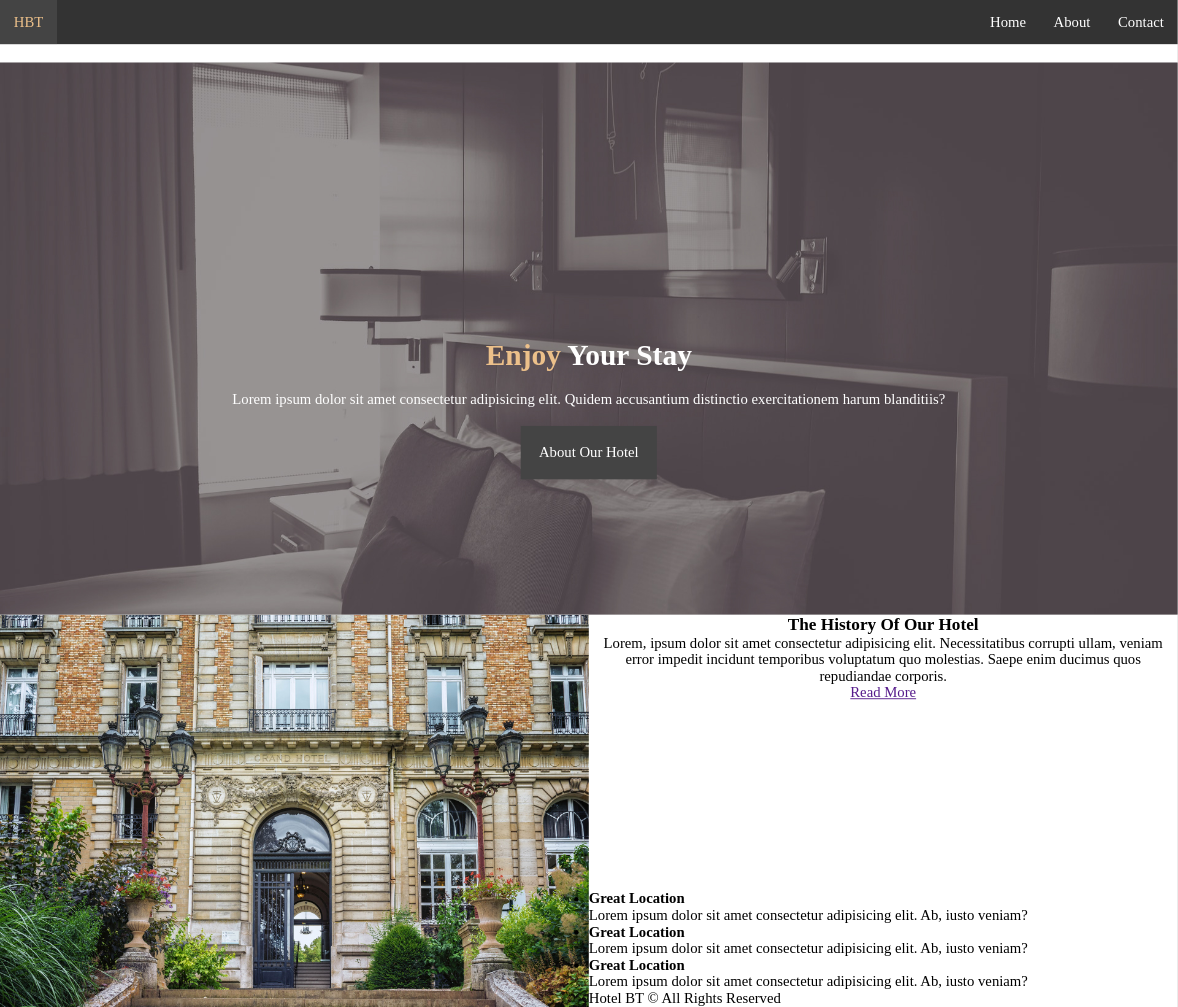
Repository: reemoon-ctrl/hotel-website
Page: 35 - hotel-website/index.html
These files come from the project's save history. The page is drawn as it stood at one moment and after the next save; the edit follows.
The browser window is 1280 px wide. The pictures show the whole page, at 92% of full size.

Above is the page before, as saved 2024-07-21 12:24:11.

After the next save:
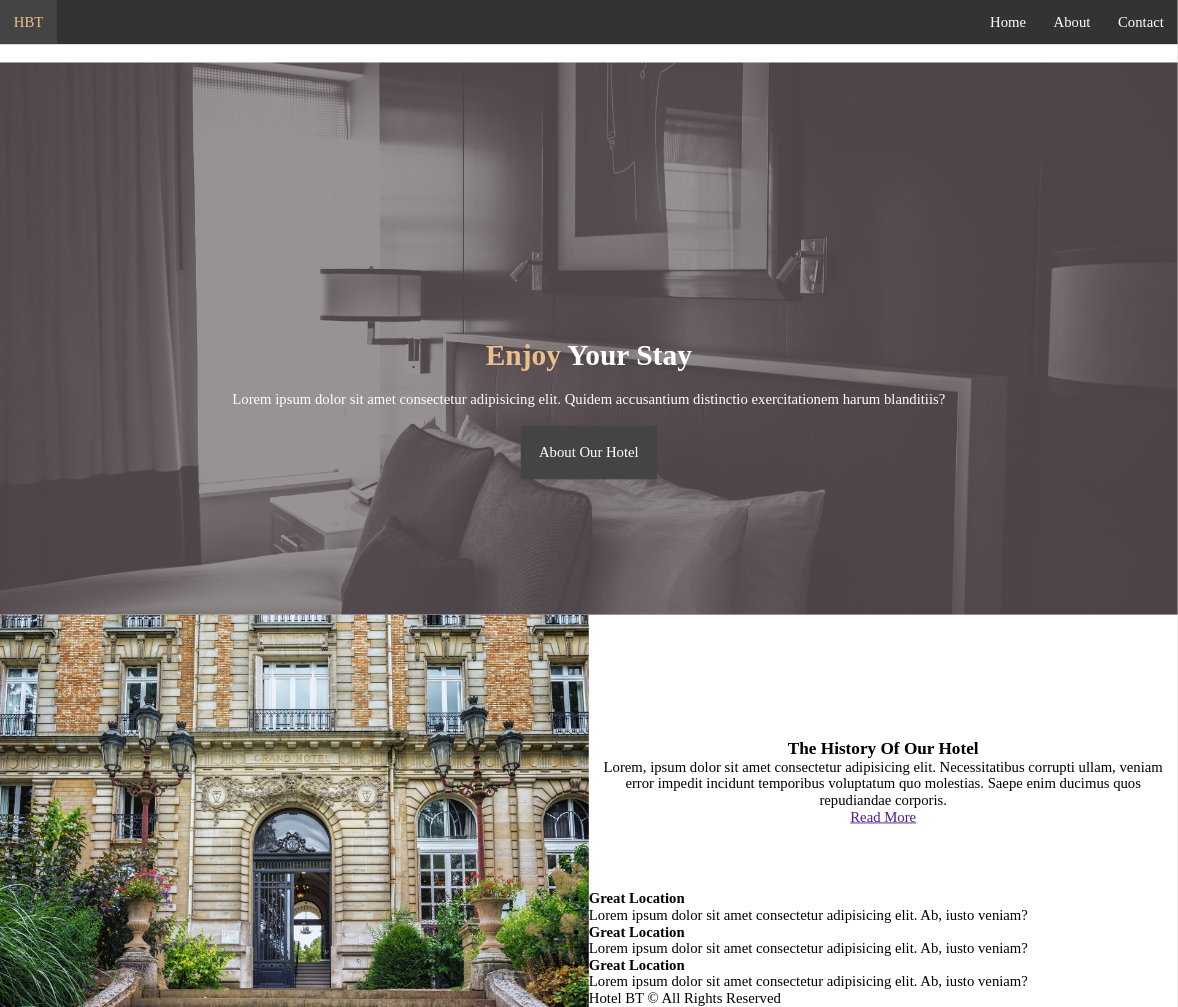
Saved 11 s later.
--- a/35 - hotel-website/index.css
+++ b/35 - hotel-website/index.css
@@ -87,5 +87,5 @@
     width:50%;
     float:right;
     text-align: center;
-    padding-top:;
+    padding-top:135px;
 }

After the save that followed:
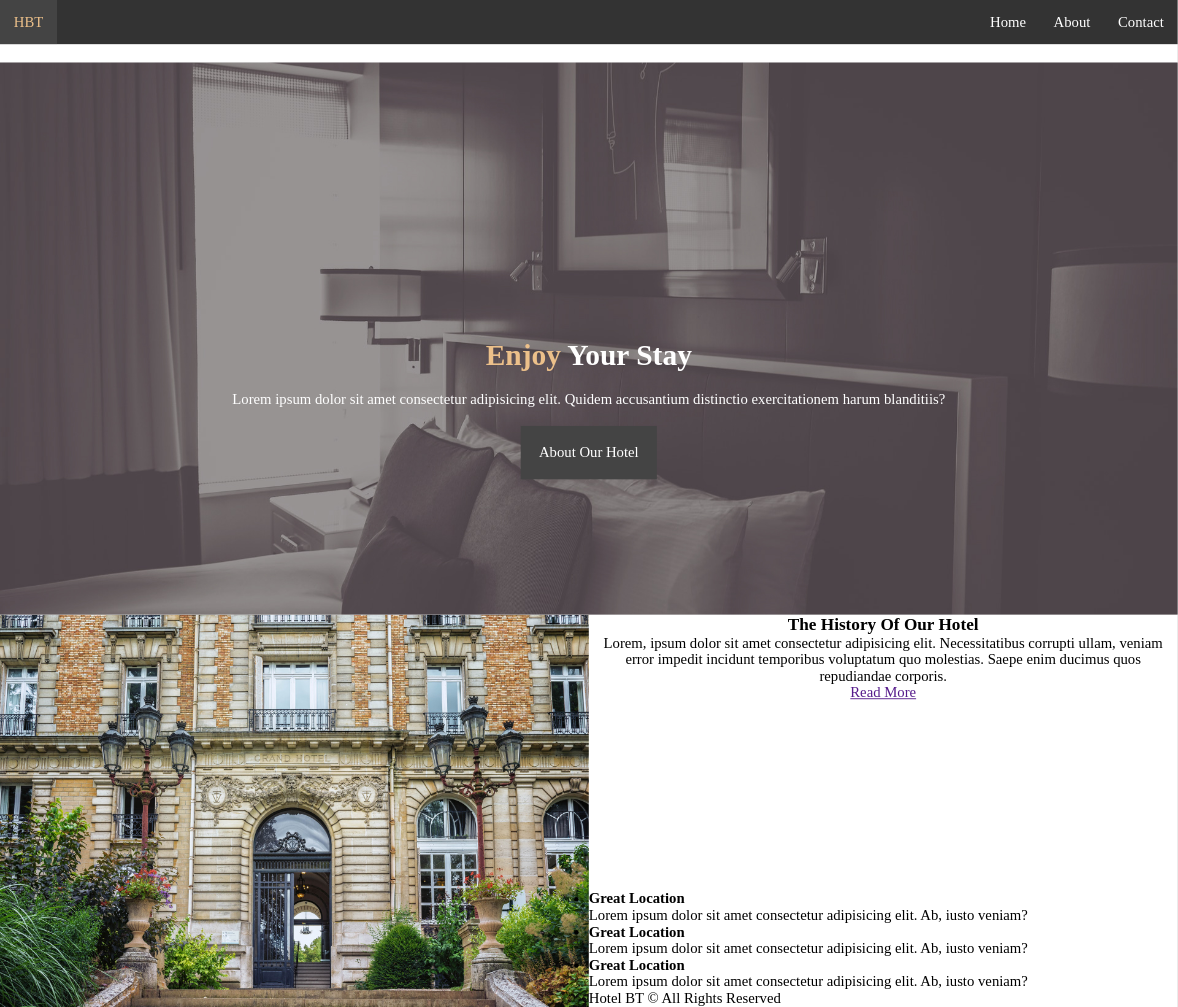
Saved 23 s later.
--- a/35 - hotel-website/index.css
+++ b/35 - hotel-website/index.css
@@ -87,5 +87,5 @@
     width:50%;
     float:right;
     text-align: center;
-    padding-top:135px;
+
 }
